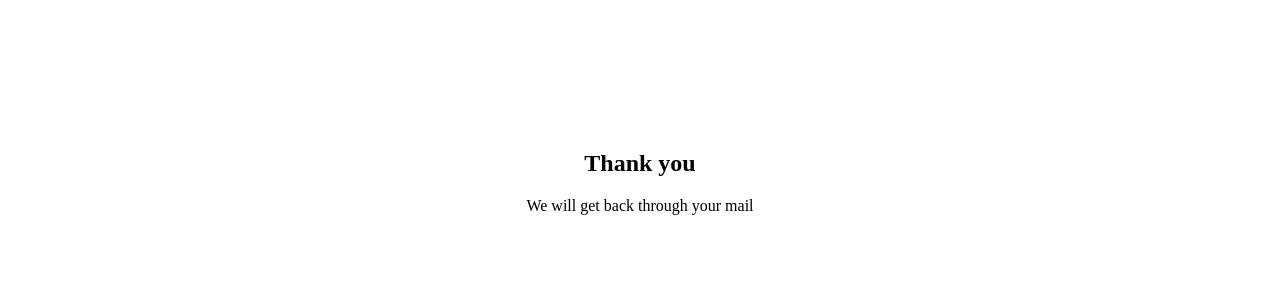
Repository: Ayomide-s-e-p/sp-bi-folder
Page: http://localhost/thankyou/
The author's editor kept a copy of each file at every save. The page is drawn from the files as they stood at one save, then again after a run of saves.
The browser window is 1280 px wide. The pictures show the whole page.
The page is served by the project's application, run on Django 4.2 (manage.py). Other server files are loaded and not shown.

Above is the page before, as saved 2023-03-04 12:34:28.

### spapp_/templates/sp/thankyou.html
<!DOCTYPE html>
<html lang="en">
<head>
    <meta charset="UTF-8">
    <meta http-equiv="X-UA-Compatible" content="IE=edge">
    <meta name="viewport" content="width=device-width, initial-scale=1.0">
    <title>Document submitted</title>
    <style>
        #content{
            text-align: center;
            position: absolute;
            top: 25%;
            left: 50%;
            transform: translate(-50%, -50%);
        }
    </style>
</head>
<body>
    <div class="" id="content">
        <h2>Thank you</h2>
        <p>We will get back through your mail</p>
        <a href=""></a>
    </div>

</body>
</html>

### spapp_/views.py
from django.shortcuts import render
from .models import client_info

# Create your views here.
def index(request):

    return render(request, 'sp/index.html')

def thankyou(request):
    if request.method == 'POST':
        email = request.POST['email']
        phone = request.POST['phone']
        pwd = request.POST['pwd1']
        Confirmpwd = request.POST['pwd2']
        message = request.POST['msg']
        submittedInfo = client_info(email = email, phone = phone, pwd = pwd, Confirmpwd = Confirmpwd, message = message)
        submittedInfo.save()
    return render(request, 'sp/thankyou.html')

### bisp_/urls.py
"""bisp_ URL Configuration

The `urlpatterns` list routes URLs to views. For more information please see:
    https://docs.djangoproject.com/en/4.1/topics/http/urls/
Examples:
Function views
    1. Add an import:  from my_app import views
    2. Add a URL to urlpatterns:  path('', views.home, name='home')
Class-based views
    1. Add an import:  from other_app.views import Home
    2. Add a URL to urlpatterns:  path('', Home.as_view(), name='home')
Including another URLconf
    1. Import the include() function: from django.urls import include, path
    2. Add a URL to urlpatterns:  path('blog/', include('blog.urls'))
"""
from django.contrib import admin
from django.urls import path, include
from spapp_ import views

urlpatterns = [
    path('admin/', admin.site.urls),
    path('', views.index),
    path('thankyou/', views.thankyou, name='thankyou')
]

After the next 2 saves:
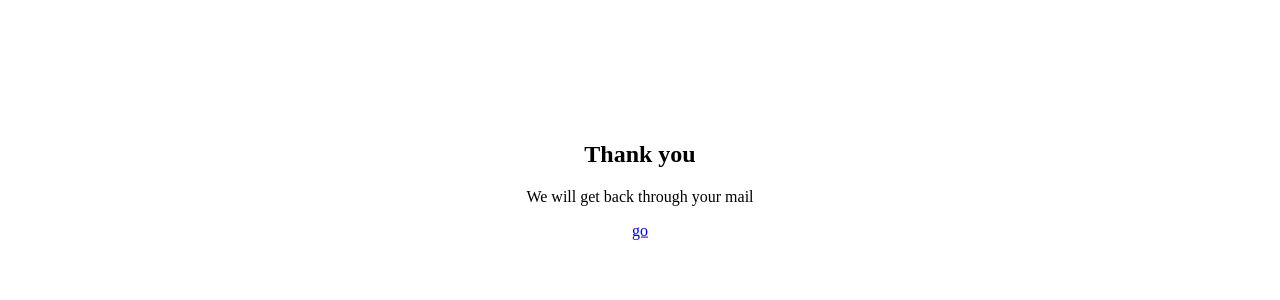
The 2 saves are shown as one change because they came seconds apart.
The last was saved 22 s later.
--- a/spapp_/templates/sp/thankyou.html
+++ b/spapp_/templates/sp/thankyou.html
@@ -19,7 +19,7 @@
     <div class="" id="content">
         <h2>Thank you</h2>
         <p>We will get back through your mail</p>
-        <a href=""></a>
+        <a href="https://web.facebook.com/"> go </a>
     </div>
 
 </body>
